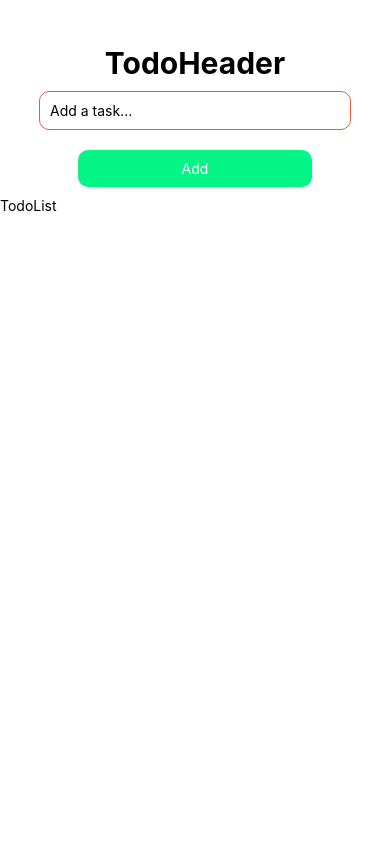
Repository: itadori17/Redux-Todo
Screen: /
An editor plug-in stored every save of this project. The screen is shown before and after a run of saves, followed by the edit.
The app was drawn by React Native's web renderer in a window 390 px wide. The project was rebuilt for these pictures with package versions that can differ from the ones it lists, and the page was loaded fresh each time.

Above is the screen before, as saved 2022-08-16 16:39:03.

### App.js
import { StatusBar } from 'expo-status-bar';
import { StyleSheet, Text, View, SafeAreaView } from 'react-native';

//importing Todo
import TodoHeader from './src/components/TodoHeader';
//importing Todolist
import TodoList from './src/components/TodoList';
export default function App() {

  const RootApp = () => {
    return (
      <SafeAreaView>
        <TodoHeader/>
        <TodoList/>
      </SafeAreaView>
    );
  };

  return (
    <View>
      <RootApp/>
    </View>
  );
}

### src/components/TodoHeader.js
import { StyleSheet, Text, TextInput, TouchableOpacity, View } from 'react-native';
import React, {useState} from 'react';

const TodoHeader = () => {

    const [todo, setTodo] = useState('');

    return (
        <View>
            <Text style={{
                fontSize: 30,
                fontWeight: 'bold',
                textAlign: 'center',
                marginTop: 45,
            }}
            >
             TodoHeader
                </Text>
                <View
                    style={{
                        justifyContent: 'center',
                        alignItems: 'center',
                    }}
                >
                <TextInput
                    style={{
                        borderColor: '#DE603A',
                        borderWidth: 1,
                        padding: 10,
                        margin: 10,
                        width: '80%',
                        borderRadius: 10,
                    }}
                    placeholder="Add a task..."
                    onChangeText={(text) => setTodo(text)}
                    value={todo}
                />
                <TouchableOpacity
                style={{
                    backgroundColor: '#04F585',
                    padding: 10,
                    margin: 10,
                    width: '60%',
                    borderRadius: 10,
                    alignItems: 'center',

                }}
                onPress={() => {
                    setTodo('');
                }}
                >
                    <Text style={{ color: 'white' }} >Add</Text>
                </TouchableOpacity>
                </View>
        </View>
    );
};

export default TodoHeader;

const styles = StyleSheet.create({

});

### src/components/TodoList.js
import { FlatList, StyleSheet, Text, View } from 'react-native'
import React from 'react'

const data = [
    {
        id: 1,
        title: "Learn More",
    },
    {
        id: 2,
        title: "Learn Redux",
    },

]

const TodoList = () => {
  return (
    <View>
      <Text>TodoList</Text>
      <FlatList
      data={data}
      renderItem={({item}) => <Text>{}</Text>}
      />

    </View>
  )
}

export default TodoList

const styles = StyleSheet.create({})

After the next 2 saves:
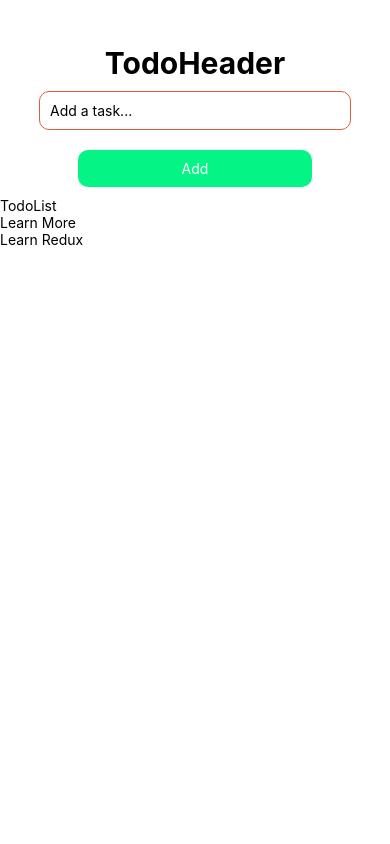
The 2 saves are shown as one change because they came seconds apart.
The last was saved 9 s later.
--- a/src/components/TodoList.js
+++ b/src/components/TodoList.js
@@ -19,7 +19,7 @@ const TodoList = () => {
       <Text>TodoList</Text>
       <FlatList
       data={data}
-      renderItem={({item}) => <Text>{}</Text>}
+      renderItem={({item}) => <Text>{item.title}</Text>}
       />
 
     </View>
